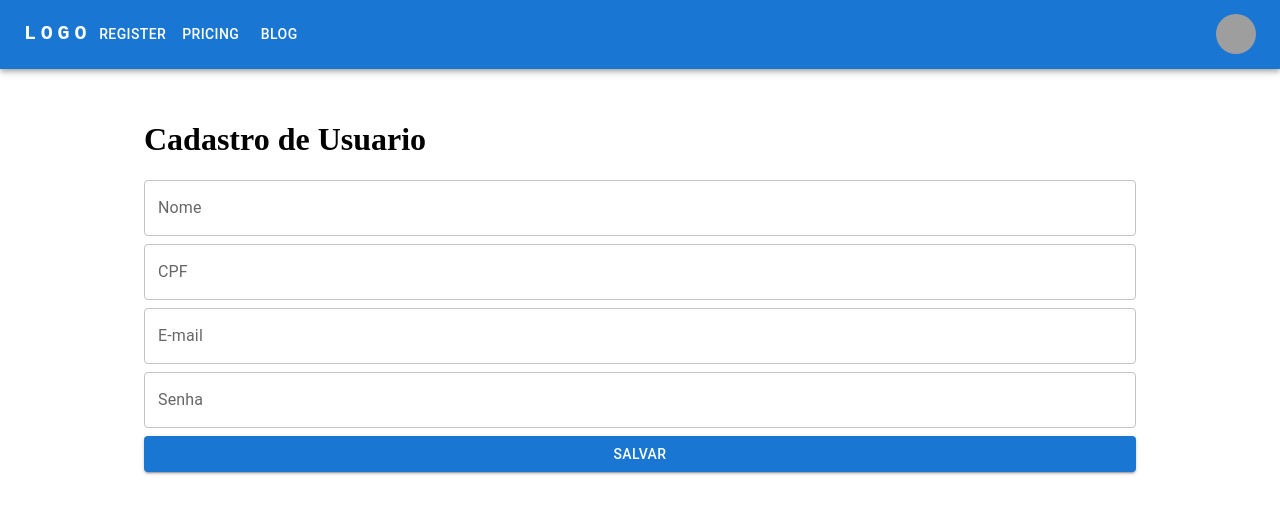
Repository: GabrielLeao02/sistema-react
Page: /register
These files come from the project's save history. The page is drawn as it stood at one moment and after the next save; the edit follows.
The browser window is 1280 px wide. The pictures show the whole page.
Pictures or frames that could not be fetched are drawn as grey boxes. The project was rebuilt for these pictures with package versions that can differ from the ones it lists, and the page was loaded fresh each time. Also part of the build but not shown: src/presenter/home/home.tsx.

Above is the page before, as saved 2023-07-24 15:05:32.

After the next save:
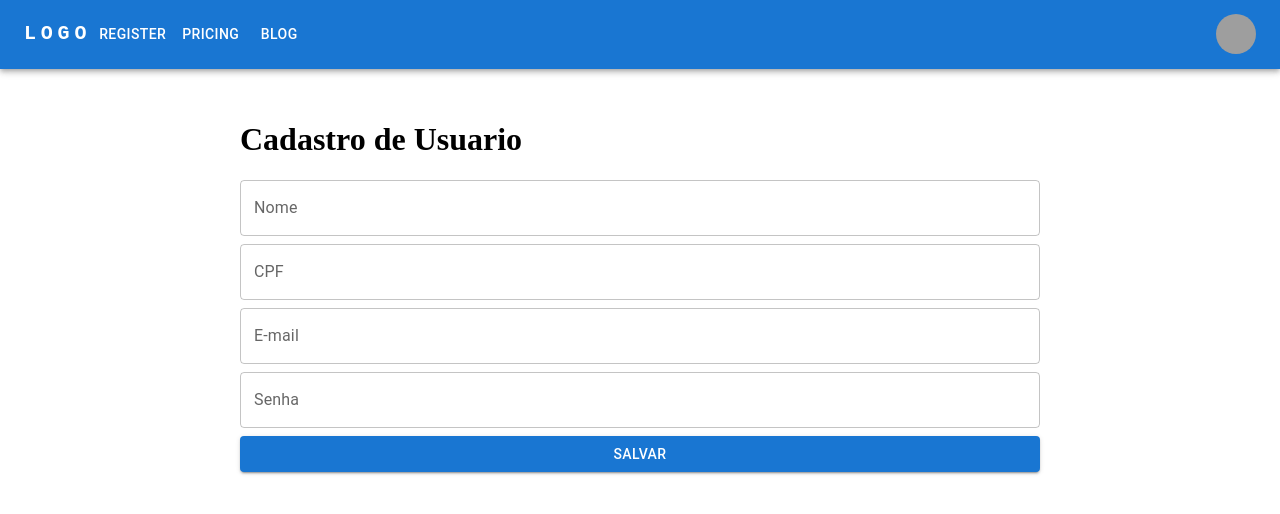
Saved 7 s later.
--- a/src/presenter/register/register.tsx
+++ b/src/presenter/register/register.tsx
@@ -12,6 +12,8 @@ const ContainerStyled = styled.div`
   align-items: start;
   margin-top: 80px;
   width: 80%;
+
+  max-width: 800px;
 `;
 
 const DivRowStyled = styled.div`
